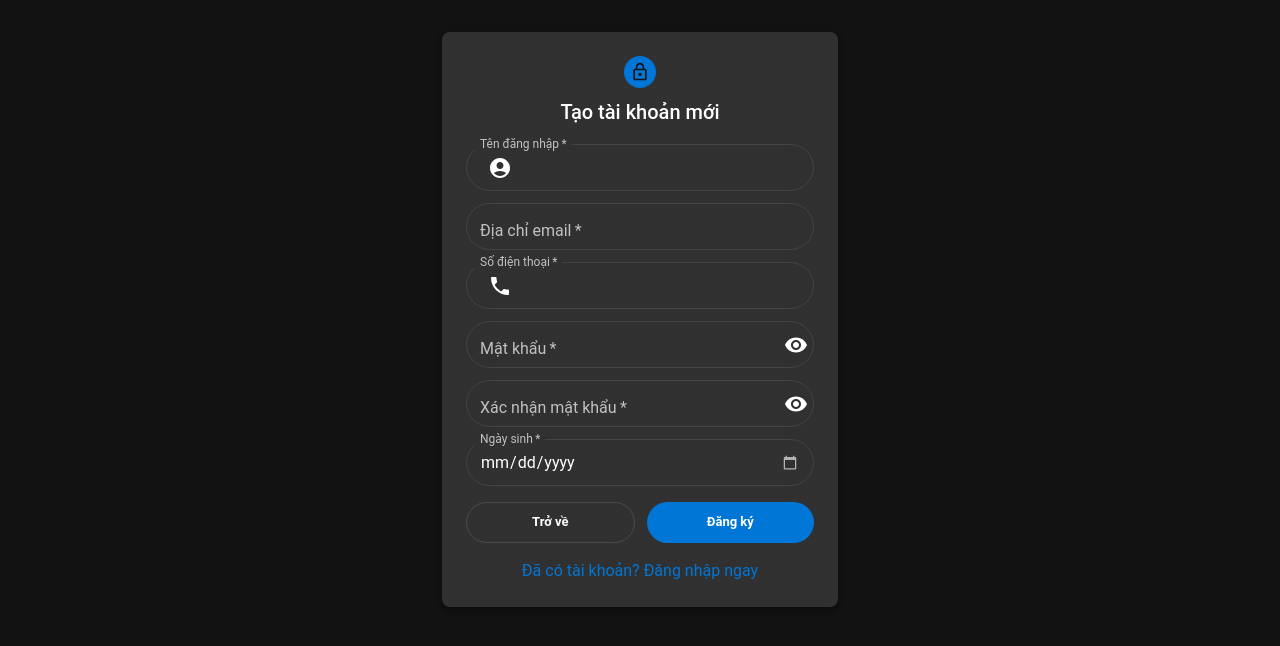
Repository: thtrunghau/ecommerce-ui-dacntt
Page: /auth/register
These files come from the project's save history. The page is drawn as it stood at one moment and after the next save; the edit follows.
The browser window is 1280 px wide. The pictures show the whole page.
The project was rebuilt for these pictures with package versions that can differ from the ones it lists, and the page was loaded fresh each time. Also part of the build but not shown: vite.config.ts, src/mockData/mockData.ts, src/utils/helpers.ts, src/components/shared/NavDropdown.tsx, src/components/shared/UserMenu.tsx, src/components/shared/Header.tsx, src/components/common/RoundedButton.tsx, src/components/features/home/HeroSection.tsx and 7 more.

Above is the page before, as saved 2025-06-13 00:23:19.

### src/index.css
@tailwind base;
@tailwind components;
@tailwind utilities;

/* Custom line clamp utilities */
.line-clamp-2 {
  display: -webkit-box;
  -webkit-line-clamp: 2;
  -webkit-box-orient: vertical;
  overflow: hidden;
}

/* Animation utilities */
@keyframes fade-in-up {
  from {
    opacity: 0;
    transform: translateY(20px);
  }
  to {
    opacity: 1;
    transform: translateY(0);
  }
}

.animate-fade-in-up {
  animation: fade-in-up 0.6s ease-out;
}

### src/App.tsx
import { BrowserRouter as Router, Routes, Route } from "react-router-dom";
import Header from "./components/shared/Header";
import Home from "./pages/Home";
import Footer from "./components/shared/Footer";
import { AuthProvider } from "./contexts/AuthContext";
import Register from "./pages/auth/Register";
import Login from "./pages/auth/Login";
import RegisterStandalone from "./pages/auth/RegisterStandalone";
import LoginStandalone from "./pages/auth/LoginStandalone";

export default function App() {
  return (
    <AuthProvider>
      <Router>
        {" "}
        <Routes>
          {" "}
          {/* Auth routes */}
          <Route path="/auth">
            <Route path="register" element={<RegisterStandalone />} />
            <Route path="login" element={<LoginStandalone />} />
          </Route>
          {/* Main layout routes with header/footer */}
          <Route
            path="/*"
            element={
              <div className="flex min-h-screen flex-col">
                <Header />
                <main className="flex-grow pt-24 lg:pt-28">
                  <Routes>
                    <Route path="/" element={<Home />} />
                    <Route path="/register" element={<Register />} />
                    <Route path="/login" element={<Login />} />
                    {/* Add other routes here as needed */}
                  </Routes>
                </main>
                <Footer />
              </div>
            }
          />
        </Routes>
      </Router>
    </AuthProvider>
  );
}

### src/contexts/AuthContext.tsx
import {
  createContext,
  useContext,
  useState,
  type ReactNode,
  useMemo,
} from "react";

interface User {
  id: string;
  username: string;
  email: string;
  phone?: string; // Thêm trường số điện thoại
  name?: string;
  avatar?: string;
}

interface AuthContextType {
  isAuthenticated: boolean;
  user: User | null;
  login: (user: User) => void;
  logout: () => void;
  register: (user: User) => void;
}

const AuthContext = createContext<AuthContextType | undefined>(undefined);

export const AuthProvider = ({ children }: { children: ReactNode }) => {
  const [user, setUser] = useState<User | null>(null);

  // Kiểm tra trạng thái xác thực từ localStorage khi khởi động
  const isAuthenticated = Boolean(user);

  const login = (userData: User) => {
    setUser(userData);
    localStorage.setItem("user", JSON.stringify(userData));
  };

  const logout = () => {
    setUser(null);
    localStorage.removeItem("user");
  };

  const register = (userData: User) => {
    // Trong thực tế, đây là nơi bạn sẽ gọi API đăng ký
    setUser(userData);
    localStorage.setItem("user", JSON.stringify(userData));
  };

  const value = useMemo(
    () => ({
      isAuthenticated,
      user,
      login,
      logout,
      register,
    }),
    [isAuthenticated, user],
  );

  return <AuthContext.Provider value={value}>{children}</AuthContext.Provider>;
};

export const useAuth = () => {
  const context = useContext(AuthContext);
  if (context === undefined) {
    throw new Error("useAuth must be used within an AuthProvider");
  }
  return context;
};

### src/pages/auth/RegisterStandalone.tsx
import React, { useState } from "react";
import { Link, useNavigate } from "react-router-dom";
import {
  Container,
  Box,
  Typography,
  TextField,
  Button,
  Paper,
  Avatar,
  IconButton,
  InputAdornment,
  ThemeProvider,
  createTheme,
  CssBaseline,
  Alert,
} from "@mui/material";
import {
  Visibility,
  VisibilityOff,
  AccountCircle,
  LockOutlined,
  Phone as PhoneIcon,
} from "@mui/icons-material";
import useAuthStore from "../../store/authStore";

const darkTheme = createTheme({
  palette: {
    mode: "dark",
    primary: { main: "#0076d7" },
    secondary: { main: "#30336b" },
    background: { default: "#121212", paper: "#1e1e1e" },
  },
  typography: {
    fontFamily: '"Samsung One", "Roboto", "Helvetica", "Arial", sans-serif',
  },  components: {
    MuiTextField: {
      styleOverrides: {
        root: {
          "& .MuiOutlinedInput-root": {
            "& fieldset": { borderRadius: "9999px", borderColor: "#444" },
            "&:hover fieldset": { borderColor: "#666" },
            "&.Mui-focused fieldset": { borderColor: "#0076d7" },
          },          "& .MuiInputBase-input": {
            padding: "12px 14px",
          },
          "& .MuiInputAdornment-root": {
            marginLeft: "8px",
            marginRight: "-4px",
          },
        },
      },
    },
    MuiButton: {
      styleOverrides: {
        root: {
          borderRadius: "4px",
          textTransform: "none",
          fontWeight: 600,            boxShadow: "none",
            padding: "12px 24px",
            borderRadius: "9999px",
            "&:hover": { boxShadow: "none" },
        },
        contained: {
          backgroundColor: "#0076d7",
          "&:hover": { backgroundColor: "#0067be" },
        },
        outlined: {
          borderColor: "rgba(255, 255, 255, 0.12)",
          color: "#fff",
          "&:hover": {
            borderColor: "rgba(255, 255, 255, 0.24)",
            backgroundColor: "rgba(255, 255, 255, 0.04)",
          },
        },
      },
    },
  },
});

interface FormData {
  username: string;
  email: string;
  phone: string;
  dateOfBirth: string;
  password: string;
  confirmPassword: string;
}

const initialFormData: FormData = {
  username: "",
  email: "",
  phone: "",
  dateOfBirth: "",
  password: "",
  confirmPassword: "",
};

const RegisterStandalone: React.FC = () => {
  const navigate = useNavigate();
  const { register } = useAuthStore();
  const [formData, setFormData] = useState<FormData>(initialFormData);
  const [showPassword, setShowPassword] = useState<boolean>(false);
  const [showConfirmPassword, setShowConfirmPassword] =
    useState<boolean>(false);
  const [errors, setErrors] = useState<Partial<FormData>>({});
  const [formError, setFormError] = useState<string | null>(null);

  const handleChange = (e: React.ChangeEvent<HTMLInputElement>) => {
    const { name, value } = e.target;
    setFormData((prev) => ({ ...prev, [name]: value }));
    if (errors[name as keyof FormData]) {
      setErrors((prev) => ({ ...prev, [name]: undefined }));
    }
    if (formError) setFormError(null);
  };

  const validateForm = (): boolean => {
    const newErrors: Partial<FormData> = {};
    let isValid = true;
    if (!formData.username.trim()) {
      newErrors.username = "Tên đăng nhập là bắt buộc";
      isValid = false;    } else if (formData.username.length < 3) {
      newErrors.username = "Tên đăng nhập phải có ít nhất 3 ký tự";
      isValid = false;
    }
    if (!formData.dateOfBirth) {
      newErrors.dateOfBirth = "Ngày sinh là bắt buộc";
      isValid = false;
    } else {
      const birthDate = new Date(formData.dateOfBirth);
      const today = new Date();
      if (birthDate >= today) {
        newErrors.dateOfBirth = "Ngày sinh không hợp lệ";
        isValid = false;
      }
    }
    if (!formData.email.trim()) {
      newErrors.email = "Email là bắt buộc";
      isValid = false;
    } else {
      const emailRegex = /^[^\s@]+@[^\s@]+\.[^\s@]+$/;
      if (!emailRegex.test(formData.email)) {
        newErrors.email = "Email không hợp lệ";
        isValid = false;
      }
    }
    if (!formData.phone.trim()) {
      newErrors.phone = "Số điện thoại là bắt buộc";
      isValid = false;
    } else {
      const phoneRegex = /^0\d{9}$/;
      if (!phoneRegex.test(formData.phone)) {
        newErrors.phone =
          "Số điện thoại không hợp lệ (phải có 10 số và bắt đầu bằng 0)";
        isValid = false;
      }
    }
    if (!formData.password) {
      newErrors.password = "Mật khẩu là bắt buộc";
      isValid = false;
    } else if (formData.password.length < 6) {
      newErrors.password = "Mật khẩu phải có ít nhất 6 ký tự";
      isValid = false;
    }
    if (formData.password !== formData.confirmPassword) {
      newErrors.confirmPassword = "Mật khẩu xác nhận không khớp";
      isValid = false;
    }
    setErrors(newErrors);
    return isValid;
  };

  const handleSubmit = (e: React.FormEvent<HTMLFormElement>) => {
    e.preventDefault();
    if (validateForm()) {
      try {
        const newUser = {
          id: crypto.randomUUID(),
          username: formData.username,
          email: formData.email,
          phone: formData.phone,
        };
        register(newUser);
        navigate("/");
      } catch (error) {
        setFormError("Đã xảy ra lỗi khi đăng ký. Vui lòng thử lại.");
        console.error("Registration error:", error);
      }
    }
  };

  return (
    <ThemeProvider theme={darkTheme}>
      <CssBaseline />      <Container component="main" maxWidth="xs" sx={{ mb: 4, mt: 4 }}>
        <Paper
          elevation={3}
          sx={{
            p: 3,
            display: "flex",
            flexDirection: "column",
            alignItems: "center",
            bgcolor: "background.paper",
            borderRadius: 2,
          }}
        >
          <Avatar sx={{ mb: 1, bgcolor: "primary.main", width: 32, height: 32 }}>
            <LockOutlined sx={{ fontSize: 20 }} />
          </Avatar>
          <Typography component="h1" variant="h6" sx={{ mb: 2 }}>
            Tạo tài khoản mới
          </Typography>
          {formError && (
            <Alert severity="error" sx={{ width: "100%", mb: 2 }}>
              {formError}
            </Alert>
          )}
          <Box component="form" onSubmit={handleSubmit} sx={{ width: "100%" }}>            <div className="flex flex-col gap-3">
              <TextField
                name="username"
                required
                fullWidth
                id="username"
                label="Tên đăng nhập"
                value={formData.username}
                onChange={handleChange}
                error={Boolean(errors.username)}
                helperText={errors.username}
                InputProps={{
                  startAdornment: (
                    <InputAdornment position="start">
                      <AccountCircle sx={{ color: "action.active" }} />
                    </InputAdornment>
                  ),
                }}
              />
              <TextField
                required
                fullWidth
                id="email"
                label="Địa chỉ email"
                name="email"
                autoComplete="email"
                value={formData.email}
                onChange={handleChange}
                error={Boolean(errors.email)}
                helperText={errors.email}
              />
              <TextField
                required
                fullWidth
                id="phone"
                label="Số điện thoại"
                name="phone"
                autoComplete="tel"
                value={formData.phone}
                onChange={handleChange}
                error={Boolean(errors.phone)}
                helperText={errors.phone}
                InputProps={{
                  startAdornment: (
                    <InputAdornment position="start">
                      <PhoneIcon sx={{ color: "action.active" }} />
                    </InputAdornment>
                  ),
                }}
              />
              <TextField
                required
                fullWidth
                name="password"
                label="Mật khẩu"
                type={showPassword ? "text" : "password"}
                id="password"
                autoComplete="new-password"
                value={formData.password}
                onChange={handleChange}
                error={Boolean(errors.password)}
                helperText={errors.password}
                InputProps={{
                  endAdornment: (
                    <InputAdornment position="end">
                      <IconButton
                        aria-label="toggle password visibility"
                        onClick={() => setShowPassword(!showPassword)}
                        edge="end"
                      >
                        {showPassword ? <VisibilityOff /> : <Visibility />}
                      </IconButton>
                    </InputAdornment>
                  ),
                }}
              />              <TextField
                required
                fullWidth
                name="confirmPassword"
                label="Xác nhận mật khẩu"
                type={showConfirmPassword ? "text" : "password"}
                id="confirmPassword"
                value={formData.confirmPassword}
                onChange={handleChange}
                error={Boolean(errors.confirmPassword)}
                helperText={errors.confirmPassword}
                InputProps={{
                  endAdornment: (
                    <InputAdornment position="end">
                      <IconButton
                        aria-label="toggle confirm password visibility"
                        onClick={() =>
                          setShowConfirmPassword(!showConfirmPassword)
                        }
                        edge="end"
                      >
                        {showConfirmPassword ? (
                          <VisibilityOff />
                        ) : (
                          <Visibility />
                        )}
                      </IconButton>
                    </InputAdornment>
                  ),
                }}
              />
              <TextField
                required
                fullWidth
                id="dateOfBirth"
                label="Ngày sinh"
                name="dateOfBirth"
                type="date"
                value={formData.dateOfBirth}
                onChange={handleChange}
                error={Boolean(errors.dateOfBirth)}
                helperText={errors.dateOfBirth}
                InputLabelProps={{
                  shrink: true,
                }}
                sx={{
                  "& input[type=date]::-webkit-calendar-picker-indicator": {
                    filter: "invert(0.7)",
                  },
                }}
              />
            </div>            <div className="flex gap-3 mt-4">
              <Button
                onClick={() => navigate(-1)}
                fullWidth
                variant="outlined"
                size="small"
                sx={{
                  borderRadius: "9999px",
                  py: 1,
                  borderColor: "rgba(255, 255, 255, 0.12)",
                  "&:hover": {
                    borderColor: "rgba(255, 255, 255, 0.24)",
                  },
                }}
              >
                Trở về
              </Button>
              <Button
                type="submit"
                fullWidth
                variant="contained"
                size="small"
                sx={{
                  borderRadius: "9999px",
                  py: 1,
                  bgcolor: "#0076d7",
                  "&:hover": {
                    bgcolor: "#0067be",
                  },
                }}
              >
                Đăng ký
              </Button>
            </div><div className="flex justify-center mt-4">
              <Link
                to="/auth/login"
                className="text-primary hover:text-primary/90 transition-colors duration-200"
                style={{ color: darkTheme.palette.primary.main }}
              >
                Đã có tài khoản? Đăng nhập ngay
              </Link>
            </div>
          </Box>
        </Paper>
      </Container>
    </ThemeProvider>
  );
};

export default RegisterStandalone;

### src/store/authStore.ts
import { create } from "zustand";

interface User {
  id: string;
  username: string;
  email: string;
  phone?: string; // Thêm trường số điện thoại
  name?: string;
  avatar?: string;
}

interface AuthState {
  isAuthenticated: boolean;
  user: User | null;
  login: (user: User) => void;
  logout: () => void;
  register: (user: User) => void;
}

// Tạo Auth Store với Zustand
const useAuthStore = create<AuthState>((set) => {
  // Kiểm tra user từ localStorage
  const savedUser = localStorage.getItem("user");
  const parsedUser = savedUser ? JSON.parse(savedUser) : null;

  return {
    isAuthenticated: Boolean(parsedUser),
    user: parsedUser,

    login: (user) => {
      localStorage.setItem("user", JSON.stringify(user));
      set({ isAuthenticated: true, user });
    },

    logout: () => {
      localStorage.removeItem("user");
      set({ isAuthenticated: false, user: null });
    },

    register: (user) => {
      localStorage.setItem("user", JSON.stringify(user));
      set({ isAuthenticated: true, user });
    },
  };
});

export default useAuthStore;

### tailwind.config.js
/** @type {import('tailwindcss').Config} */
export default {
  content: ["./index.html", "./src/**/*.{js,ts,jsx,tsx}"],
  theme: {
    extend: {},
  },
  plugins: [],
  corePlugins: {
    lineClamp: true,
  },
};

Loaded but not shown: index.html (common file); src/main.tsx (common file)

After the next save:
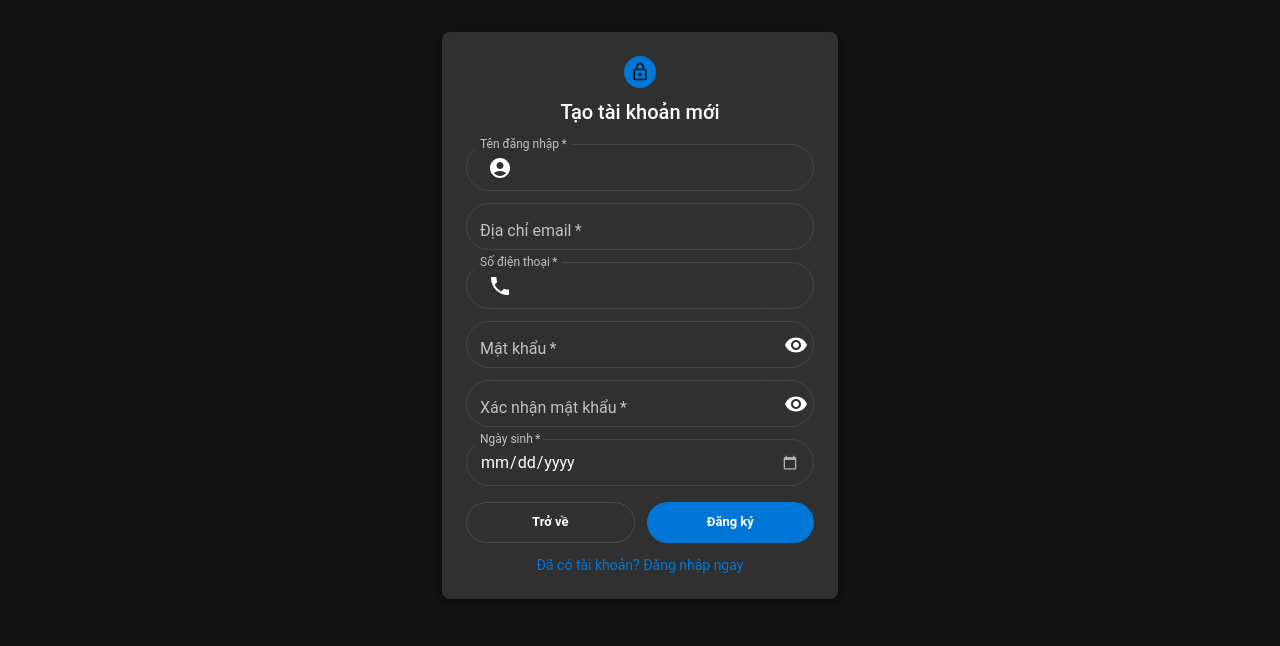
Saved 14 s later.
--- a/src/pages/auth/RegisterStandalone.tsx
+++ b/src/pages/auth/RegisterStandalone.tsx
@@ -374,10 +374,10 @@ const RegisterStandalone: React.FC = () => {
               >
                 Đăng ký
               </Button>
-            </div><div className="flex justify-center mt-4">
+            </div>            <div className="flex justify-center mt-3">
               <Link
                 to="/auth/login"
-                className="text-primary hover:text-primary/90 transition-colors duration-200"
+                className="text-sm text-primary hover:text-primary/90 transition-colors duration-200"
                 style={{ color: darkTheme.palette.primary.main }}
               >
                 Đã có tài khoản? Đăng nhập ngay
